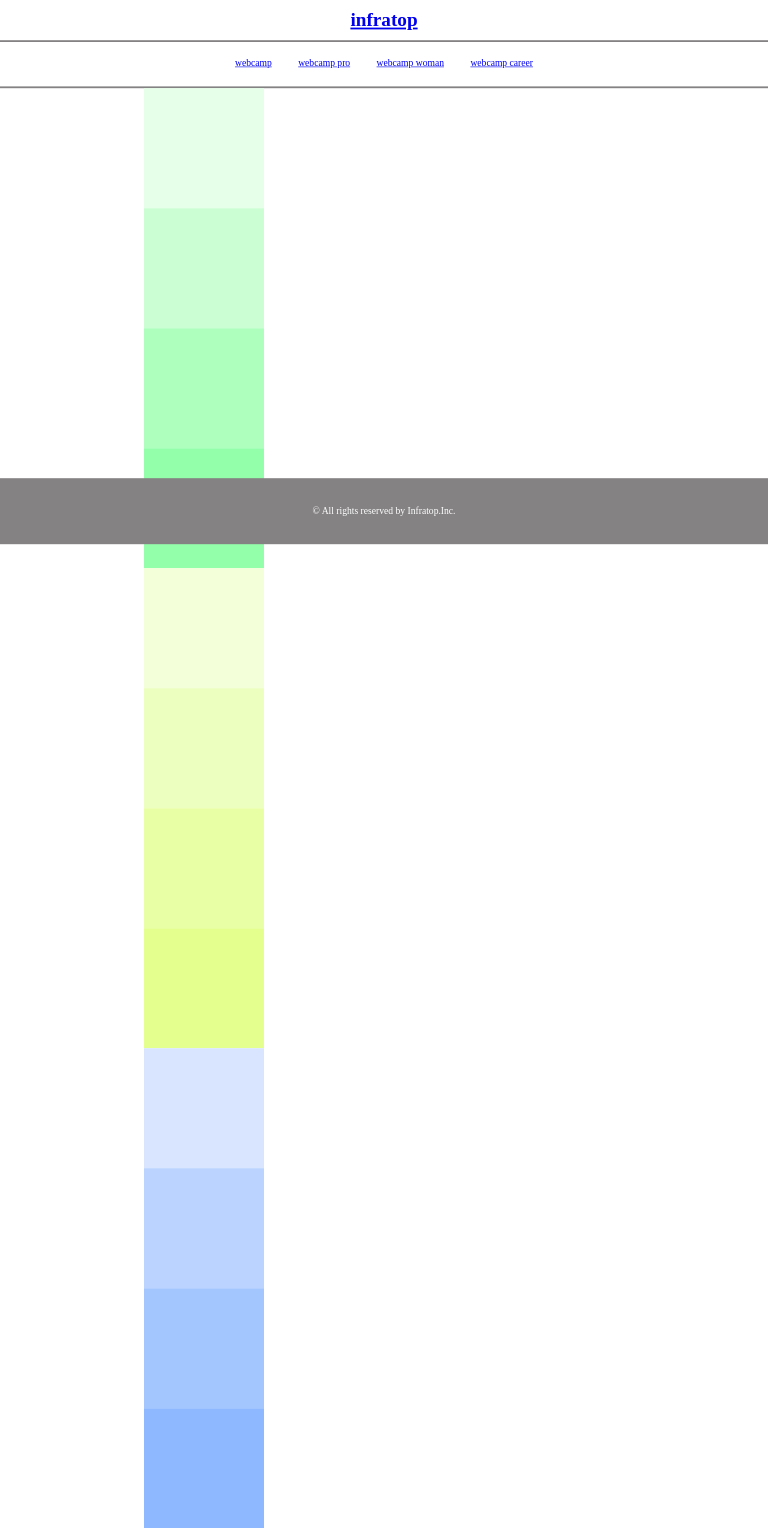
Repository: Souax/prac_20231021
Page: Chapter5/5.html
The author's editor kept a record of every edit. The page is drawn from the files as they stood at one moment, then again after the next edit.
The browser window is 1280 px wide. The pictures show the whole page, at 60% of full size.

Above is the page before.

After the next edit:
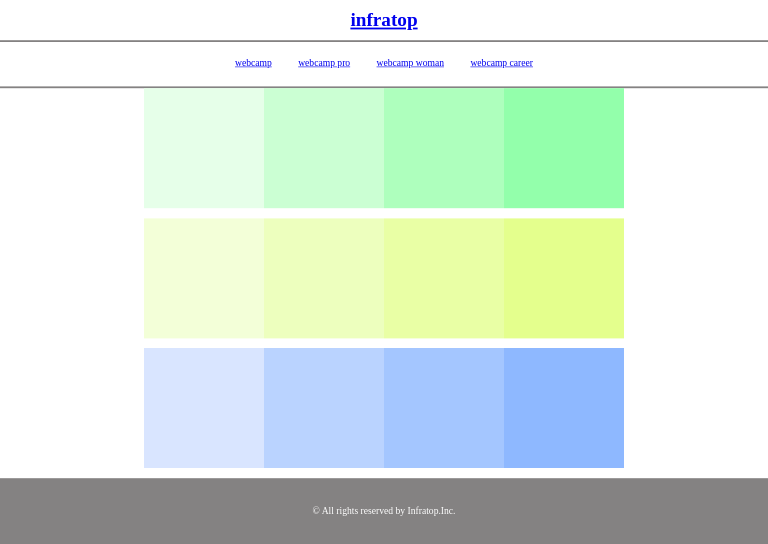
The edit:
--- a/Chapter5/5.css
+++ b/Chapter5/5.css
@@ -40,6 +40,9 @@
   width:800px;
   height:650px;
   margin:0 auto;
+  display:flex;
+  flex-direction:row;
+  flex-wrap: wrap;
 }
 
 .box1 {
